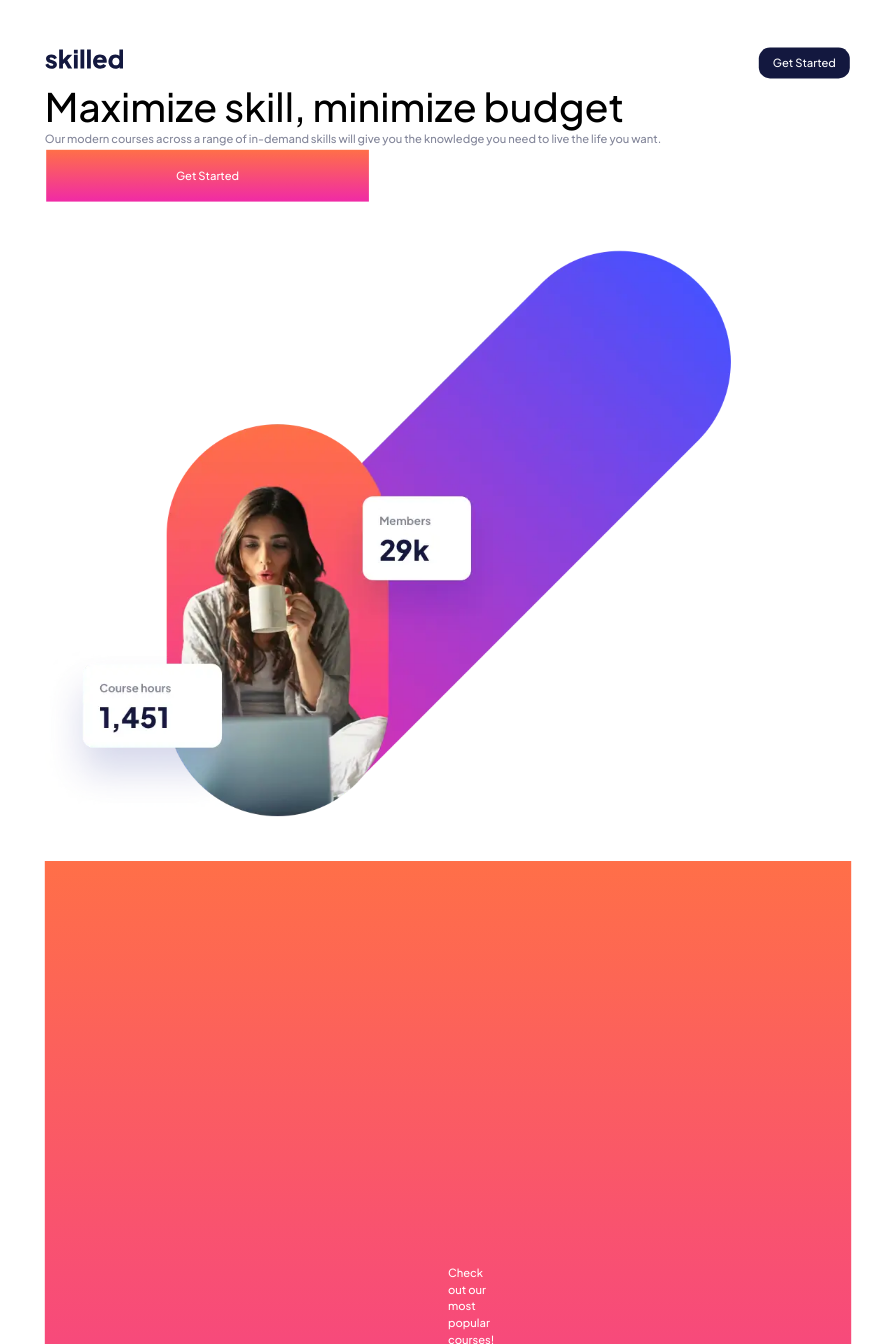
Repository: blordeus/Skilled-e-learning-landing-page
Page: index.html
These files come from the project's save history. The page is drawn as it stood at one moment and after a run of saves; the edit follows.
The browser window is 1280 px wide. The pictures show the part of the page from y = 0 to 1920 px (the page is 2954 px tall), at 70% of full size.

Above is the page before, as saved 2023-06-17 19:44:22.

### index.html
<!DOCTYPE html>
<html lang="en">
<head>
  <meta charset="UTF-8">
  <meta name="viewport" content="width=device-width, initial-scale=1.0">
  <link rel="stylesheet" href="style.css">
  <link rel="stylesheet" href="output.css">
  <link rel="preconnect" href="https://fonts.googleapis.com">
  <link rel="preconnect" href="https://fonts.gstatic.com" crossorigin>
  <link href="https://fonts.googleapis.com/css2?family=Plus+Jakarta+Sans:wght@500;700;800&display=swap" rel="stylesheet">
  <link rel="icon" type="image/png" sizes="32x32" href="./assets/favicon-32x32.png">

  <title>Frontend Mentor | Skilled e-learning landing page</title>
</head>
<body class="min-h-screen w-full">

  <main>
    <div class="grid grid-flow-col place-content-between navbar">
      <img src="./assets/logo-dark.svg" alt="logo dark" class="logo">
      <button class="button">Get Started</button>
    </div >

    <div class="hero-section grid grid-flow-row pb-8">
      <h1 class="text-heading-xl leading-70 sm:text-heading-l sm:leading-51">Maximize skill, minimize budget</h1>
      <p class="text-skilled-color3 leading-28">
        Our modern courses across a range of in-demand skills will give you the
        knowledge you need to live the life you want.
      </p>
      <button class="button-gradient1">Get Started</button>
      </div>

      <div>
        <picture>
          <source srcset="/assets/image-hero-desktop.webp, /assets/image-hero-desktop@2x.webp 2x" type="image/webp"
            media="(min-width: 75em)">
          <source srcset="/assets/image-hero-desktop.png, /assets/image-hero-desktop@2x.png 2x" type="image/png"
            media="(min-width: 75em)">
          <source srcset="/assets/image-hero-tablet.webp, /assets/image-hero-tablet@2x.webp 2x" type="image/webp"
            media="(min-width: 45em)">
          <source srcset="/assets/image-hero-tablet.png, /assets/image-hero-tablet@2x.png 2x" type="image/png"
            media="(min-width: 45em)">
          <source srcset="/assets/image-hero-mobile.webp, /assets/image-hero-mobile@2x.webp 2x" type="image/webp">
          <source srcset="/assets/image-hero-mobile.png, /assets/image-hero-mobile@2x.png 2x" type="image/png">
          <img src="/assets/image-hero-mobile.png" alt="29k members and 1,451 course hours">
        </picture>
      </div>
    </div>



    <section>
      <div class="grid popular-bg">
      <h2>Check out our most popular courses!</h2>
      </div>

      <div class="grid grid-flow-col">
        <h2>Animation</h2>
        Learn the latest animation techniques to create stunning motion
        design and captivate your audience.
        <p class="text-skilled-color4">Get Started</p>
        <h2>Design</h2>
        Create beautiful, usable interfaces to help shape the future of
        how the web looks.
        <p  class="text-skilled-color4">Get Started</p>
        <h2>Photography</h2>
        Explore critical fundamentals like lighting, composition, and focus
        to capture exceptional photos.
        <p  class="text-skilled-color4">Get Started</p>
        <h2>Crypto</h2>
        All you need to know to get started investing in crypto. Go from beginner
        to advanced with this 54 hour course.
        <p  class="text-skilled-color4">Get Started</p>
        <h2>Business</h2>
        A step-by-step playbook to help you start, scale, and sustain your business
        without outside investment.
        <p class="text-skilled-color4">Get Started</p>
      </div>

    </section>
    <footer class="footer bg-skilled-color2">
      <div class="grid grid-flow-col place-content-between">
        <img src="./assets/logo-light.svg" alt="" class="logo">
        <button class="button-gradient2">Get Started</button>
      </div>
  </footer>
  </main>

</body>
</html>

### style.css
@import url('https://fonts.googleapis.com/css2?family=Plus+Jakarta+Sans:wght@500;700;800&display=swap');

.popular-bg{
    background: linear-gradient(to bottom, #FF6F48, #F02AA6);
    padding: 50%;
    text-align: start;
    color: white;
    display: grid;
}

.button {
    background-color: #13183F;
    border: none;
    color: white;
    padding: 10px 20px;
    text-align: center;
    text-decoration: none;
    display: inline-block;
    margin: 4px 2px;
    cursor: pointer;
    border-radius: 16px;
  }
  .button-gradient1 {
    background: linear-gradient(to bottom, #FF6F48, #F02AA6);
    border: none;
    color: white;
    padding: 25px 20px;
    text-align: center;
    text-decoration: none;
    display: inline-block;
    margin: 4px 2px;
    cursor: pointer;
    width: 40%;
  }
  .button-gradient2 {
    background: linear-gradient(to bottom, #4851FF, #F02AA6);
    border: none;
    color: white;
    padding: 10px 20px;
    text-align: center;
    text-decoration: none;
    display: inline-block;
    margin: 4px 2px;
    cursor: pointer;
    border-radius: 16px;
  }

  .logo {
    transform: translateY(20%);
  }

body {
  padding: 5%;
}

Loaded but not shown: output.css (2354 lines, source omitted)

After the next 3 saves:
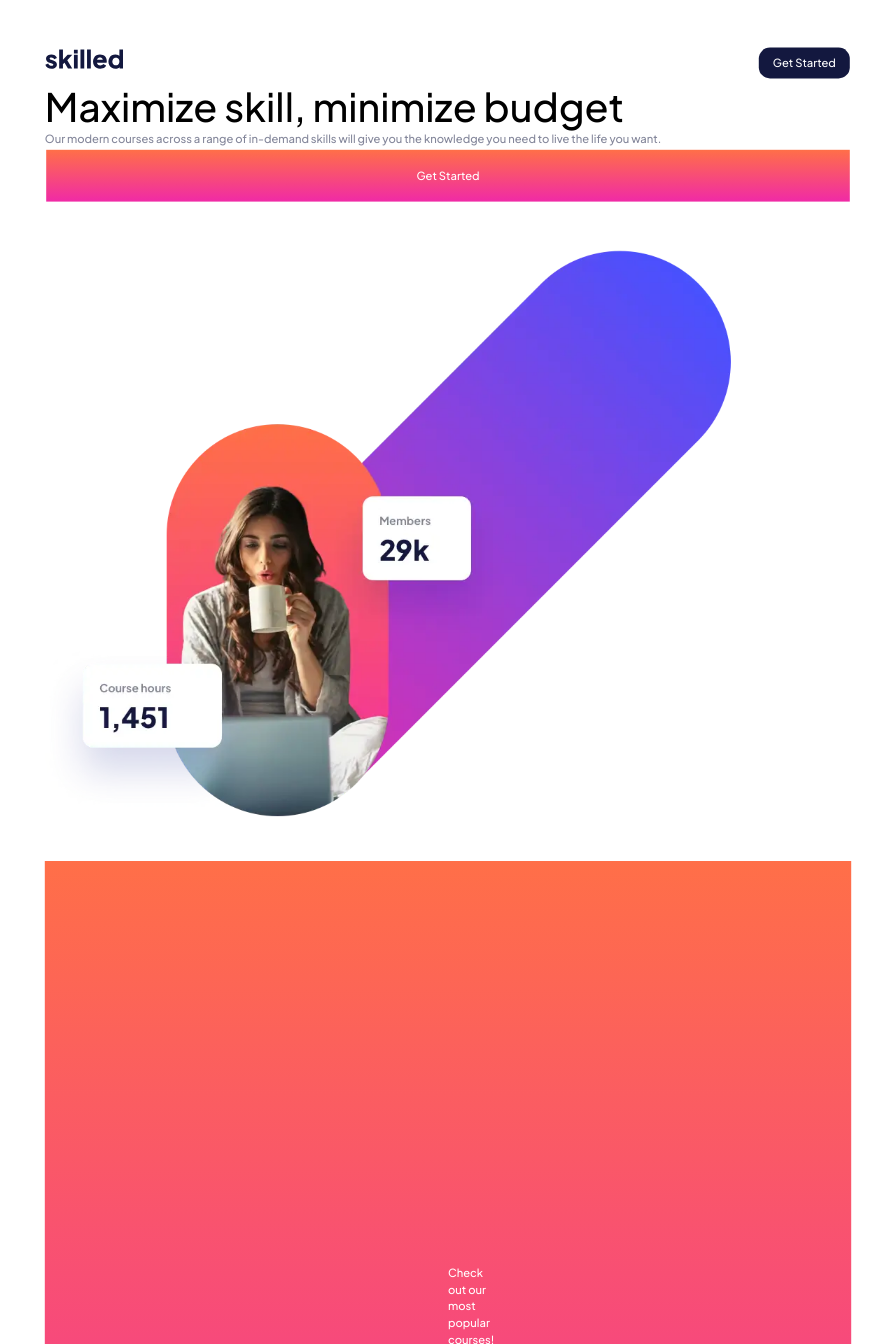
The 3 saves are shown as one change because they came seconds apart.
The last was saved 12 s later.
--- a/style.css
+++ b/style.css
@@ -30,6 +30,7 @@
     display: inline-block;
     margin: 4px 2px;
     cursor: pointer;
+    border-radius:
     width: 40%;
   }
   .button-gradient2 {

After the save that followed:
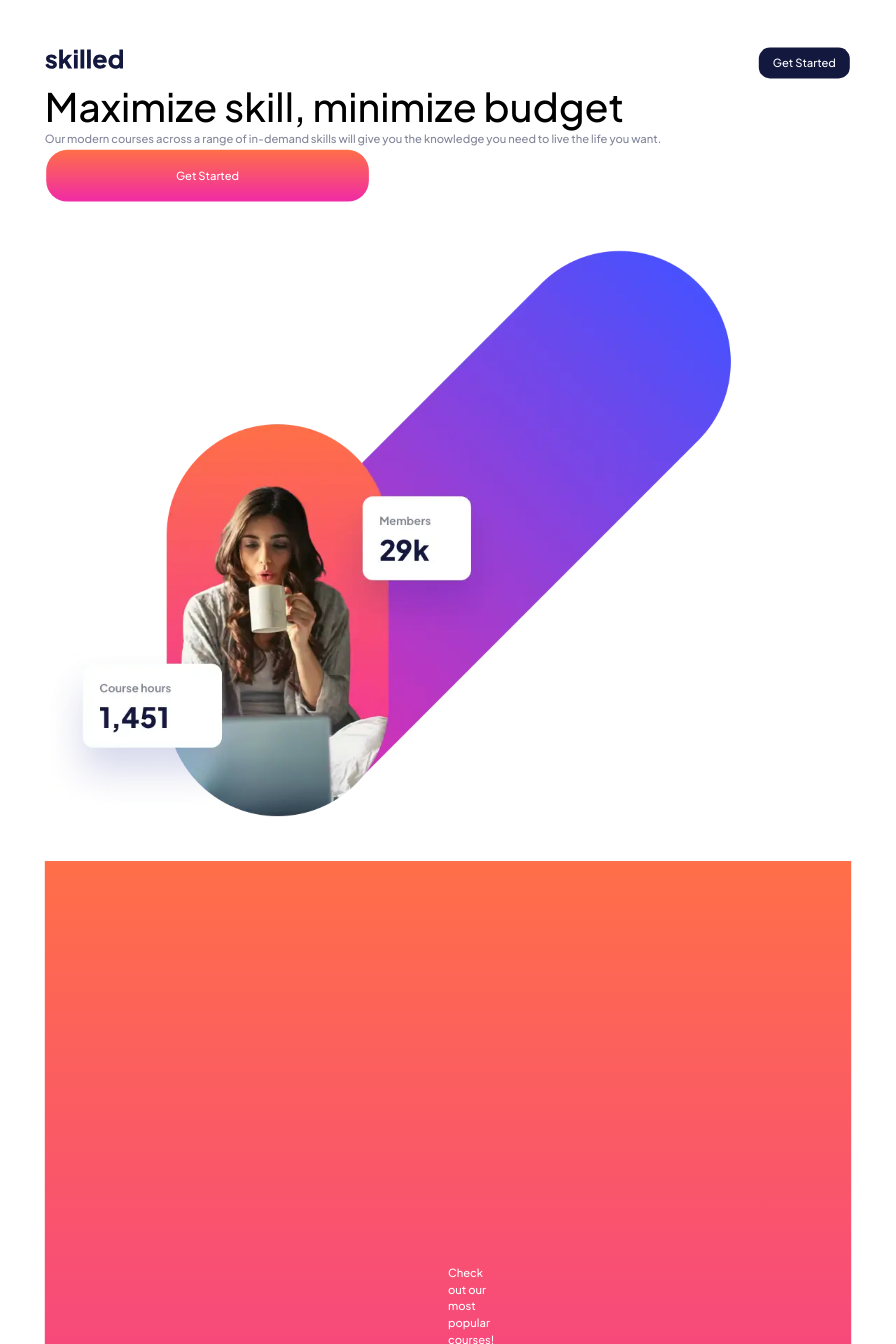
Saved 4 s later.
--- a/style.css
+++ b/style.css
@@ -30,7 +30,7 @@
     display: inline-block;
     margin: 4px 2px;
     cursor: pointer;
-    border-radius:
+    border-radius: 30px;
     width: 40%;
   }
   .button-gradient2 {
